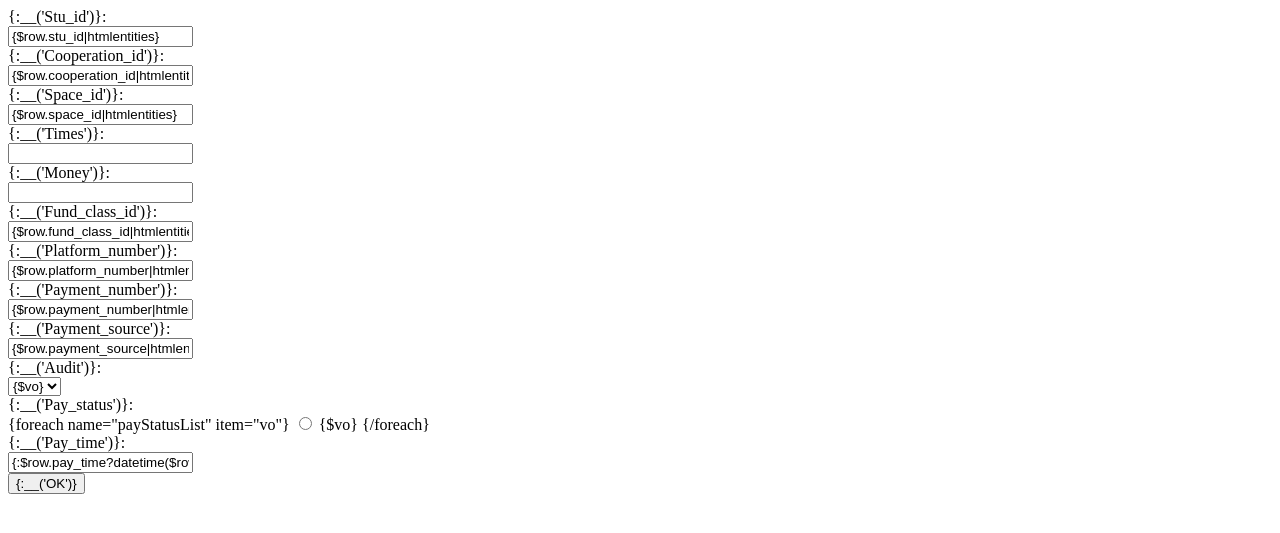
Repository: Akarin-Akari/xiaomaguantest
Page: application/admin/view/bill/installment/edit.html
An editor plug-in stored every save of this project. The page is shown before and after the next save, followed by the edit.
The browser window is 1280 px wide. The pictures show the whole page.

Above is the page before, as saved 2024-01-23 16:37:37.

### application/admin/view/bill/installment/edit.html
<form id="edit-form" class="form-horizontal" role="form" data-toggle="validator" method="POST" action="">

    <div class="form-group">
        <label class="control-label col-xs-12 col-sm-2">{:__('Stu_id')}:</label>
        <div class="col-xs-12 col-sm-8">
            <input id="c-stu_id" data-rule="required" data-source="stu/index" class="form-control selectpage" name="row[stu_id]" type="text" value="{$row.stu_id|htmlentities}">
        </div>
    </div>
    <div class="form-group">
        <label class="control-label col-xs-12 col-sm-2">{:__('Cooperation_id')}:</label>
        <div class="col-xs-12 col-sm-8">
            <input id="c-cooperation_id" data-rule="required" data-source="cooperation/index" class="form-control selectpage" name="row[cooperation_id]" type="text" value="{$row.cooperation_id|htmlentities}">
        </div>
    </div>
    <div class="form-group">
        <label class="control-label col-xs-12 col-sm-2">{:__('Space_id')}:</label>
        <div class="col-xs-12 col-sm-8">
            <input id="c-space_id" data-rule="required" data-source="space/index" class="form-control selectpage" name="row[space_id]" type="text" value="{$row.space_id|htmlentities}">
        </div>
    </div>
    <div class="form-group">
        <label class="control-label col-xs-12 col-sm-2">{:__('Times')}:</label>
        <div class="col-xs-12 col-sm-8">
            <input id="c-times" class="form-control" name="row[times]" type="number" value="{$row.times|htmlentities}">
        </div>
    </div>
    <div class="form-group">
        <label class="control-label col-xs-12 col-sm-2">{:__('Money')}:</label>
        <div class="col-xs-12 col-sm-8">
            <input id="c-money" class="form-control" name="row[money]" type="number" value="{$row.money|htmlentities}">
        </div>
    </div>
    <div class="form-group">
        <label class="control-label col-xs-12 col-sm-2">{:__('Fund_class_id')}:</label>
        <div class="col-xs-12 col-sm-8">
            <input id="c-fund_class_id" data-rule="required" data-source="fund/class/index" class="form-control selectpage" name="row[fund_class_id]" type="text" value="{$row.fund_class_id|htmlentities}">
        </div>
    </div>
    <div class="form-group">
        <label class="control-label col-xs-12 col-sm-2">{:__('Platform_number')}:</label>
        <div class="col-xs-12 col-sm-8">
            <input id="c-platform_number" class="form-control" name="row[platform_number]" type="text" value="{$row.platform_number|htmlentities}">
        </div>
    </div>
    <div class="form-group">
        <label class="control-label col-xs-12 col-sm-2">{:__('Payment_number')}:</label>
        <div class="col-xs-12 col-sm-8">
            <input id="c-payment_number" class="form-control" name="row[payment_number]" type="text" value="{$row.payment_number|htmlentities}">
        </div>
    </div>
    <div class="form-group">
        <label class="control-label col-xs-12 col-sm-2">{:__('Payment_source')}:</label>
        <div class="col-xs-12 col-sm-8">
            <input id="c-payment_source" class="form-control" name="row[payment_source]" type="text" value="{$row.payment_source|htmlentities}">
        </div>
    </div>
    <div class="form-group">
        <label class="control-label col-xs-12 col-sm-2">{:__('Audit')}:</label>
        <div class="col-xs-12 col-sm-8">

            <select  id="c-audit" class="form-control selectpicker" name="row[audit]">
                {foreach name="auditList" item="vo"}
                    <option value="{$key}" {in name="key" value="$row.audit"}selected{/in}>{$vo}</option>
                {/foreach}
            </select>

        </div>
    </div>
    <div class="form-group">
        <label class="control-label col-xs-12 col-sm-2">{:__('Pay_status')}:</label>
        <div class="col-xs-12 col-sm-8">

            <div class="radio">
            {foreach name="payStatusList" item="vo"}
            <label for="row[pay_status]-{$key}"><input id="row[pay_status]-{$key}" name="row[pay_status]" type="radio" value="{$key}" {in name="key" value="$row.pay_status"}checked{/in} /> {$vo}</label>
            {/foreach}
            </div>

        </div>
    </div>
    <div class="form-group">
        <label class="control-label col-xs-12 col-sm-2">{:__('Pay_time')}:</label>
        <div class="col-xs-12 col-sm-8">
            <input id="c-pay_time" class="form-control datetimepicker" data-date-format="YYYY-MM-DD HH:mm:ss" data-use-current="true" name="row[pay_time]" type="text" value="{:$row.pay_time?datetime($row.pay_time):''}">
        </div>
    </div>
    <div class="form-group layer-footer">
        <label class="control-label col-xs-12 col-sm-2"></label>
        <div class="col-xs-12 col-sm-8">
            <button type="submit" class="btn btn-primary btn-embossed disabled">{:__('OK')}</button>
        </div>
    </div>
</form>

After the next save:
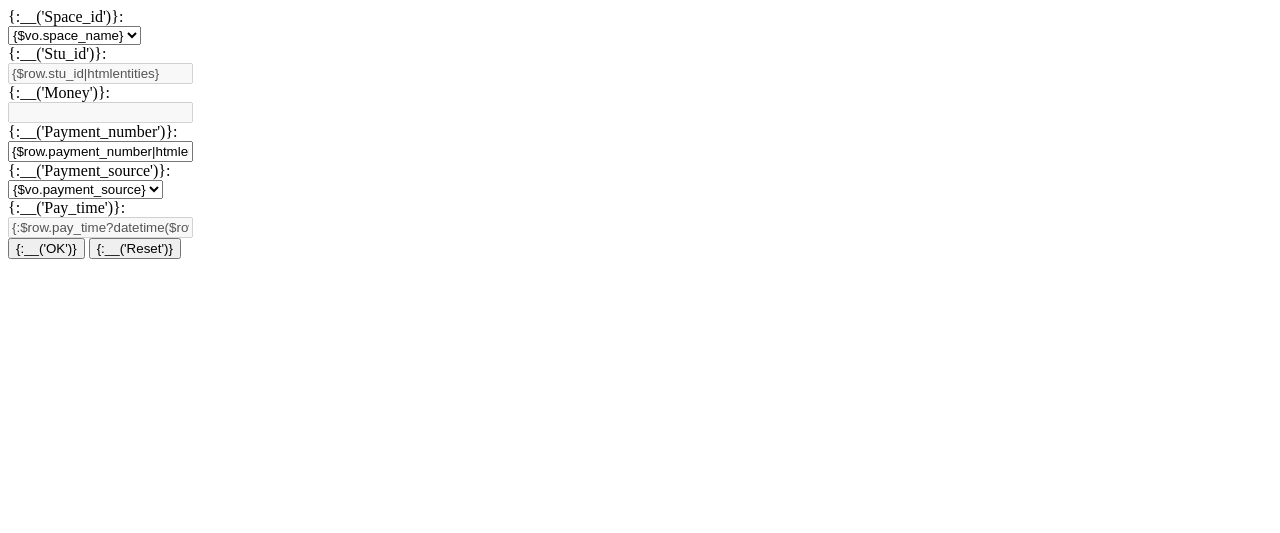
Saved 6 s later.
--- a/application/admin/view/bill/installment/edit.html
+++ b/application/admin/view/bill/installment/edit.html
@@ -1,47 +1,34 @@
 <form id="edit-form" class="form-horizontal" role="form" data-toggle="validator" method="POST" action="">
+
+    <div class="form-group">
+        <label class="control-label col-xs-12 col-sm-2">{:__('Space_id')}:</label>
+        <div class="col-xs-12 col-sm-8">
+            <select  id="c-space_id" class="form-control selectpicker" name="row[space_id]">
+                {foreach name="spaceList" item="vo"}
+                    <option value="{$vo.id}" {in name="vo.id" value="$row.space_id"}selected{/in}>{$vo.space_name}</option>
+                {/foreach}
+            </select>
+        </div>
+    </div>
 
     <div class="form-group">
         <label class="control-label col-xs-12 col-sm-2">{:__('Stu_id')}:</label>
         <div class="col-xs-12 col-sm-8">
-            <input id="c-stu_id" data-rule="required" data-source="stu/index" class="form-control selectpage" name="row[stu_id]" type="text" value="{$row.stu_id|htmlentities}">
-        </div>
-    </div>
-    <div class="form-group">
-        <label class="control-label col-xs-12 col-sm-2">{:__('Cooperation_id')}:</label>
-        <div class="col-xs-12 col-sm-8">
-            <input id="c-cooperation_id" data-rule="required" data-source="cooperation/index" class="form-control selectpage" name="row[cooperation_id]" type="text" value="{$row.cooperation_id|htmlentities}">
-        </div>
-    </div>
-    <div class="form-group">
-        <label class="control-label col-xs-12 col-sm-2">{:__('Space_id')}:</label>
-        <div class="col-xs-12 col-sm-8">
-            <input id="c-space_id" data-rule="required" data-source="space/index" class="form-control selectpage" name="row[space_id]" type="text" value="{$row.space_id|htmlentities}">
-        </div>
-    </div>
-    <div class="form-group">
-        <label class="control-label col-xs-12 col-sm-2">{:__('Times')}:</label>
-        <div class="col-xs-12 col-sm-8">
-            <input id="c-times" class="form-control" name="row[times]" type="number" value="{$row.times|htmlentities}">
+            <input id="c-stu_id" data-rule="required" class="form-control" name="row[stu_id]" type="text" value="{$row.stu_id|htmlentities}" disabled>
         </div>
     </div>
     <div class="form-group">
         <label class="control-label col-xs-12 col-sm-2">{:__('Money')}:</label>
         <div class="col-xs-12 col-sm-8">
-            <input id="c-money" class="form-control" name="row[money]" type="number" value="{$row.money|htmlentities}">
+            <input id="c-money" class="form-control" name="row[money]" type="number" value="{$row.money|htmlentities}" disabled>
         </div>
     </div>
-    <div class="form-group">
-        <label class="control-label col-xs-12 col-sm-2">{:__('Fund_class_id')}:</label>
-        <div class="col-xs-12 col-sm-8">
-            <input id="c-fund_class_id" data-rule="required" data-source="fund/class/index" class="form-control selectpage" name="row[fund_class_id]" type="text" value="{$row.fund_class_id|htmlentities}">
-        </div>
-    </div>
-    <div class="form-group">
+    <!-- <div class="form-group">
         <label class="control-label col-xs-12 col-sm-2">{:__('Platform_number')}:</label>
         <div class="col-xs-12 col-sm-8">
             <input id="c-platform_number" class="form-control" name="row[platform_number]" type="text" value="{$row.platform_number|htmlentities}">
         </div>
-    </div>
+    </div> -->
     <div class="form-group">
         <label class="control-label col-xs-12 col-sm-2">{:__('Payment_number')}:</label>
         <div class="col-xs-12 col-sm-8">
@@ -51,43 +38,25 @@
     <div class="form-group">
         <label class="control-label col-xs-12 col-sm-2">{:__('Payment_source')}:</label>
         <div class="col-xs-12 col-sm-8">
-            <input id="c-payment_source" class="form-control" name="row[payment_source]" type="text" value="{$row.payment_source|htmlentities}">
+            <select  id="c-payment_source" class="form-control selectpicker" name="row[payment_source]">
+                {foreach name="paymentSourseList" item="vo"}
+                    <option value="{$vo.id}" {in name="vo.id" value="$row.payment_source"}selected{/in}>{$vo.payment_source}</option>
+                {/foreach}
+            </select>
         </div>
     </div>
-    <div class="form-group">
-        <label class="control-label col-xs-12 col-sm-2">{:__('Audit')}:</label>
-        <div class="col-xs-12 col-sm-8">
 
-            <select  id="c-audit" class="form-control selectpicker" name="row[audit]">
-                {foreach name="auditList" item="vo"}
-                    <option value="{$key}" {in name="key" value="$row.audit"}selected{/in}>{$vo}</option>
-                {/foreach}
-            </select>
-
-        </div>
-    </div>
-    <div class="form-group">
-        <label class="control-label col-xs-12 col-sm-2">{:__('Pay_status')}:</label>
-        <div class="col-xs-12 col-sm-8">
-
-            <div class="radio">
-            {foreach name="payStatusList" item="vo"}
-            <label for="row[pay_status]-{$key}"><input id="row[pay_status]-{$key}" name="row[pay_status]" type="radio" value="{$key}" {in name="key" value="$row.pay_status"}checked{/in} /> {$vo}</label>
-            {/foreach}
-            </div>
-
-        </div>
-    </div>
     <div class="form-group">
         <label class="control-label col-xs-12 col-sm-2">{:__('Pay_time')}:</label>
         <div class="col-xs-12 col-sm-8">
-            <input id="c-pay_time" class="form-control datetimepicker" data-date-format="YYYY-MM-DD HH:mm:ss" data-use-current="true" name="row[pay_time]" type="text" value="{:$row.pay_time?datetime($row.pay_time):''}">
+            <input id="c-pay_time" class="form-control datetimepicker" data-date-format="YYYY-MM-DD HH:mm:ss" data-use-current="true" name="row[pay_time]" type="text" value="{:$row.pay_time?datetime($row.pay_time):''}" disabled>
         </div>
     </div>
     <div class="form-group layer-footer">
         <label class="control-label col-xs-12 col-sm-2"></label>
         <div class="col-xs-12 col-sm-8">
-            <button type="submit" class="btn btn-primary btn-embossed disabled">{:__('OK')}</button>
+            <button type="submit" class="btn btn-success btn-embossed disabled">{:__('OK')}</button>
+            <button type="reset" class="btn btn-default btn-embossed">{:__('Reset')}</button>
         </div>
     </div>
 </form>
